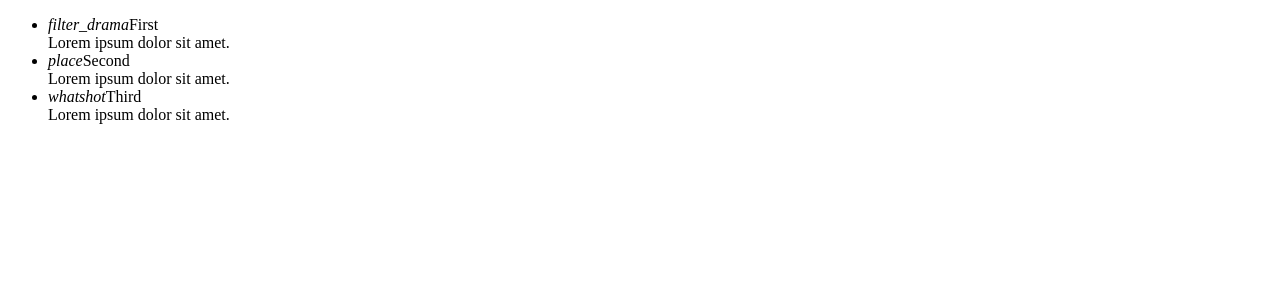
Repository: AydinRaghip/ms3_project
Page: http://localhost/
The author's editor kept a record of every edit. The page is drawn from the files as they stood at one moment, then again after the next edit.
The browser window is 1280 px wide. The pictures show the whole page.
The page is served by the project's application, run on Flask 3 (app.py). Queries for data that is not in the repository find no rows.

Above is the page before.

### templates/books.html
{% extends 'base.html' %}
{% block content %}

    {% for book in books %}
        {{book.title}}
        {{book.author}}
        {{book.description}}
        {{book.published}}
        {{book.related_works}}
        {{book.rating}}
        {{book.review}}
    {% endfor %}

    <ul class="collapsible" data-collapsible="accordion">
        <li>
            <div class="collapsible-header"><i class="material-icons">filter_drama</i>First</div>
            <div class="collapsible-body"><span>Lorem ipsum dolor sit amet.</span></div>
        </li>
        <li>
            <div class="collapsible-header"><i class="material-icons">place</i>Second</div>
            <div class="collapsible-body"><span>Lorem ipsum dolor sit amet.</span></div>
        </li>
        <li>
            <div class="collapsible-header"><i class="material-icons">whatshot</i>Third</div>
            <div class="collapsible-body"><span>Lorem ipsum dolor sit amet.</span></div>
        </li>
    </ul>

{% endblock %}

### templates/base.html
<!DOCTYPE html>
<html>
    <head>

    </head>
    <body>
        {% block content %}
        {% endblock %}
    </body>
</html>

### app.py
import os
from flask import Flask, render_template, redirect, request, url_for
from flask_pymongo import PyMongo
from bson.objectid import ObjectId

app = Flask(__name__)
app.config["MONGODB_NAME"] = 'book_review_site'
app.config["MONGO_URI"] = os.environ['MONGO_URI']

mongo = PyMongo(app)

@app.route('/')
@app.route('/get_books')
def get_books():
    return render_template("books.html", books=mongo.db.books.find())

if __name__ == '__main__':
    app.run(host=os.environ.get('IP'),
        port=int(os.environ.get('PORT')),
        debug=True)







#MONGODB_URI = os.getenv("MONGO_URI")
#DBS_NAME = "book_review_site"
#COLLECTION_NAME = "books"

#def mongo_connect(url):
#    try:
#        conn = pymongo.MongoClient(url)
#        print("Mongo is connected!")
#        return conn
#    except pymongo.errors.ConnectionFailure as e:
#        print("Could not connect to MongoDB %s") % e

#conn = mongo_connect(MONGODB_URI)

#coll = conn[DBS_NAME][COLLECTION_NAME]

#documents = coll.find()

#for doc in documents:
#    print(doc)

After the next edit:
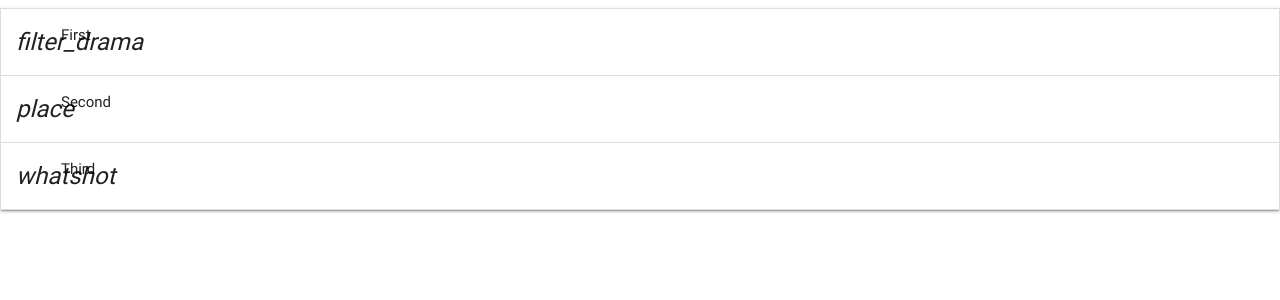
The edit:
--- a/templates/base.html
+++ b/templates/base.html
@@ -1,10 +1,15 @@
 <!DOCTYPE html>
 <html>
     <head>
+
+
+        <link rel="stylesheet" href="https://cdnjs.cloudflare.com/ajax/libs/materialize/0.100.2/css/materialize.min.css">
+
 
     </head>
     <body>
         {% block content %}
         {% endblock %}
+        <script src="https://cdnjs.cloudflare.com/ajax/libs/jquery/3.5.1/jquery.min.js"></script>
     </body>
 </html>
